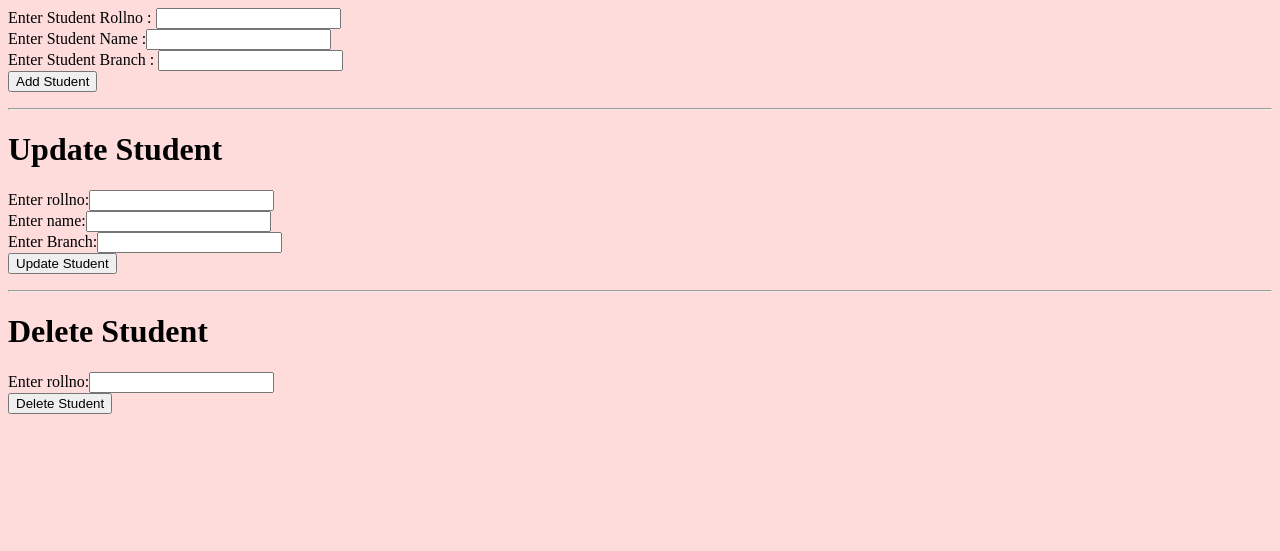
Repository: chinthaginjalabhuvan/Java
Page: ServletRealTimeProject/src/main/webapp/index.html
These files come from the project's save history. The page is drawn as it stood at one moment and after the next save; the edit follows.
The browser window is 1280 px wide. The pictures show the whole page.

Above is the page before, as saved 2025-06-04 10:04:15.

### ServletRealTimeProject/src/main/webapp/index.html
<html>

<body bgcolor="FFDCDC">

<form action="./add">
Enter Student Rollno : <input type="text" name="rollno"/><br/>
Enter Student Name :<input type="text" name="name"/><br/>
Enter Student Branch : <input type="text" name="branch"/><br/>
<button type="submit">Add Student</button>
</form>
<hr/>
<h1>Update Student</h1>
<form action="./update">
Enter rollno:<input type="text" name="rollno"/><br/>
Enter name:<input type="text" name="name"/><br/>
Enter Branch:<input type="text" name="branch"/><br/>
<button type="submit">Update Student</button>
</form>
<hr/>
<h1>Delete Student</h1>
<form action="./delete">
Enter rollno:<input type="text" name="rollno"/><br/>
<button type="submit">Delete Student</button>
</form>

</body>

</html>

After the next save:
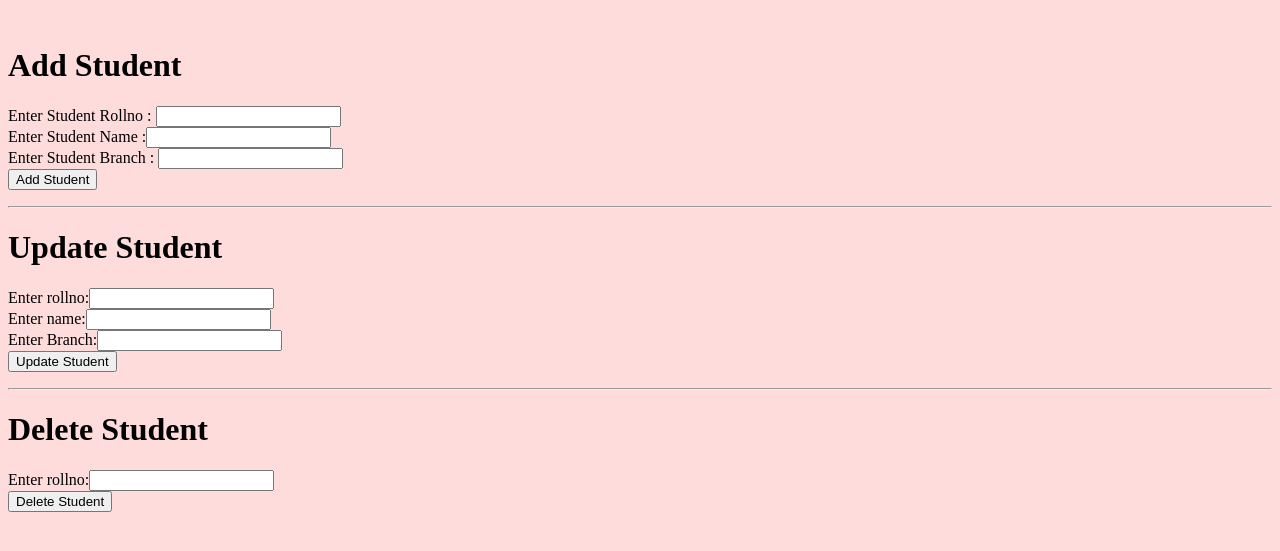
Saved 2 min 59 s later.
--- a/ServletRealTimeProject/src/main/webapp/index.html
+++ b/ServletRealTimeProject/src/main/webapp/index.html
@@ -1,7 +1,8 @@
 <html>
 
 <body bgcolor="FFDCDC">
-
+<br/>
+<h1>Add Student</h1>
 <form action="./add">
 Enter Student Rollno : <input type="text" name="rollno"/><br/>
 Enter Student Name :<input type="text" name="name"/><br/>
